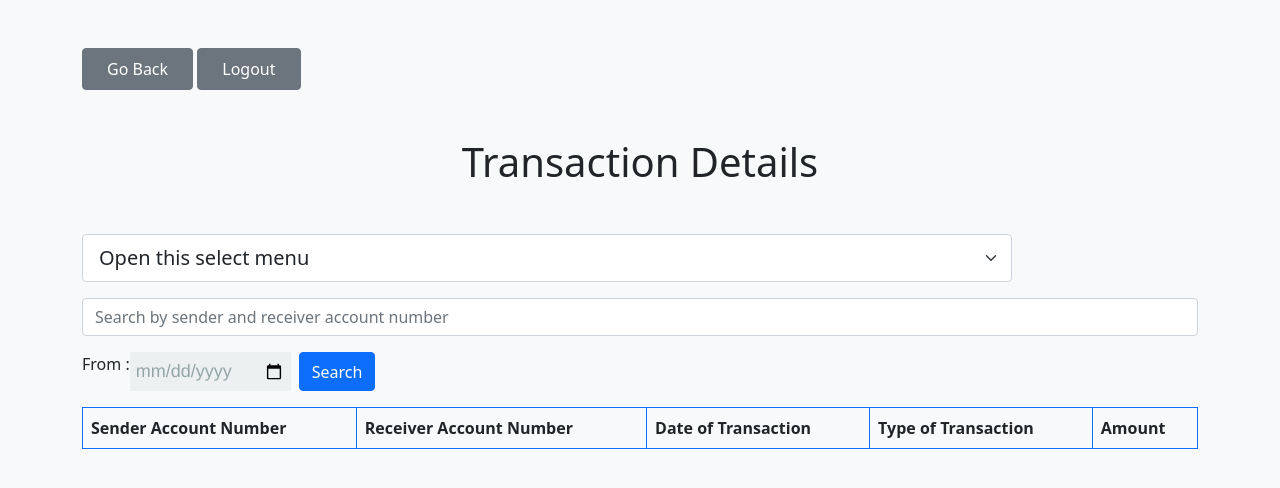
Repository: valletivarish/monojsp
Page: http://localhost/11-bank-application/view-transactions.jsp
These files come from the project's save history. The page is drawn as it stood at one moment and after the next save; the edit follows.
The browser window is 1280 px wide. The pictures show the whole page.
The page is served by Tomcat 9. Other server files are loaded and not shown. The template is opened directly, without the code that normally fills it, so the values that code supplies are empty.

Above is the page before, as saved 2024-07-22 13:19:45.

### 11-bank-application/WebContent/view-transactions.jsp
<%@ page language="java" contentType="text/html; charset=UTF-8"
	pageEncoding="UTF-8"%>
<%@ taglib uri="http://java.sun.com/jsp/jstl/core" prefix="c"%>

<!DOCTYPE html>
<html lang="en">
<head>
<meta charset="UTF-8" />
<meta name="viewport" content="width=device-width, initial-scale=1.0" />
<title>View Transactions</title>
<link
	href="https://cdnjs.cloudflare.com/ajax/libs/font-awesome/6.6.0/css/all.min.css" />
<link
	href="https://cdn.jsdelivr.net/npm/bootstrap@5.0.2/dist/css/bootstrap.min.css"
	rel="stylesheet"
	integrity="sha384-EVSTQN3/azprG1Anm3QDgpJLIm9Nao0Yz1ztcQTwFspd3yD65VohhpuuCOmLASjC"
	crossorigin="anonymous" />
<script
	src="https://cdn.jsdelivr.net/npm/bootstrap@5.0.2/dist/js/bootstrap.bundle.min.js"
	integrity="sha384-MrcW6ZMFYlzcLA8Nl+NtUVF0sA7MsXsP1UyJoMp4YLEuNSfAP+JcXn/tWtIaxVXM"
	crossorigin="anonymous"></script>
<style>
/* Removes the clear button from date inputs */
input[type="date"]::-webkit-clear-button {
	display: none;
}

/* Removes the spin button */
input[type="date"]::-webkit-inner-spin-button {
	display: none;
}

/* Always display the drop down caret */
input[type="date"]::-webkit-calendar-picker-indicator {
	color: #2c3e50;
}

/* A few custom styles for date inputs */
input[type="date"] {
	appearance: none;
	-webkit-appearance: none;
	color: #95a5a6;
	font-family: "Helvetica", arial, sans-serif;
	font-size: 18px;
	border: 1px solid #ecf0f1;
	background: #ecf0f1;
	padding: 5px;
	display: inline-block !important;
	visibility: visible !important;
}

input[type="date"], focus {
	color: #95a5a6;
	box-shadow: none;
	-webkit-box-shadow: none;
	-moz-box-shadow: none;
}
</style>
</head>
<body class="bg-light">
	<div class="container-lg my-5">
		<a class="btn btn-secondary p-2 px-4" href="admin?command=admin">Go
			Back</a> <a class="btn btn-secondary p-2 px-4" aria-current="page"
			href="logout">Logout</a>
		<h1 class="text-center my-5">Transaction Details</h1>
		<form action="admin" method="get">
			<div class="col-sm-10">
				<input type="hidden" name="command" value="viewTransactions" /> <select
					class="form-select form-select-lg mb-3"
					aria-label=".form-select-lg example" name="select">
					<option selected>Open this select menu</option>
					<option value="senderAccountNumber">Sender Account Number</option>
					<option value="receiverAccountNumber">Receiver Account
						Number</option>
				</select>

			</div>
			<div class="d-flex my-3">
				<input type="text" class="form-control" name="searchValue"
					placeholder="Search by sender and receiver account number" />
			</div>
			<div class="d-flex my-3">
				<label class="form-label" for="from">From : </label> <input
					type="date"> <input type="submit"
					class="btn btn-primary mx-2" value="Search" />
			</div>
		</form>

		<table class="table table-hover table-bordered border-primary">
			<thead>
				<tr>
					<th>Sender Account Number</th>
					<th>Receiver Account Number</th>
					<th>Date of Transaction</th>
					<th>Type of Transaction</th>
					<th>Amount</th>
				</tr>
			</thead>
			<tbody>
				<c:forEach var="transaction" items="${TheTransactions}">
					<tr>
						<td>${transaction.sender_account_number}</td>
						<td>${transaction.receiver_account_number}</td>
						<td>${transaction.date_of_transaction}</td>
						<td>${transaction.transaction_type}</td>
						<td>${transaction.transaction_amount}</td>
					</tr>
				</c:forEach>
			</tbody>
		</table>
	</div>
</body>
</html>

After the next save:
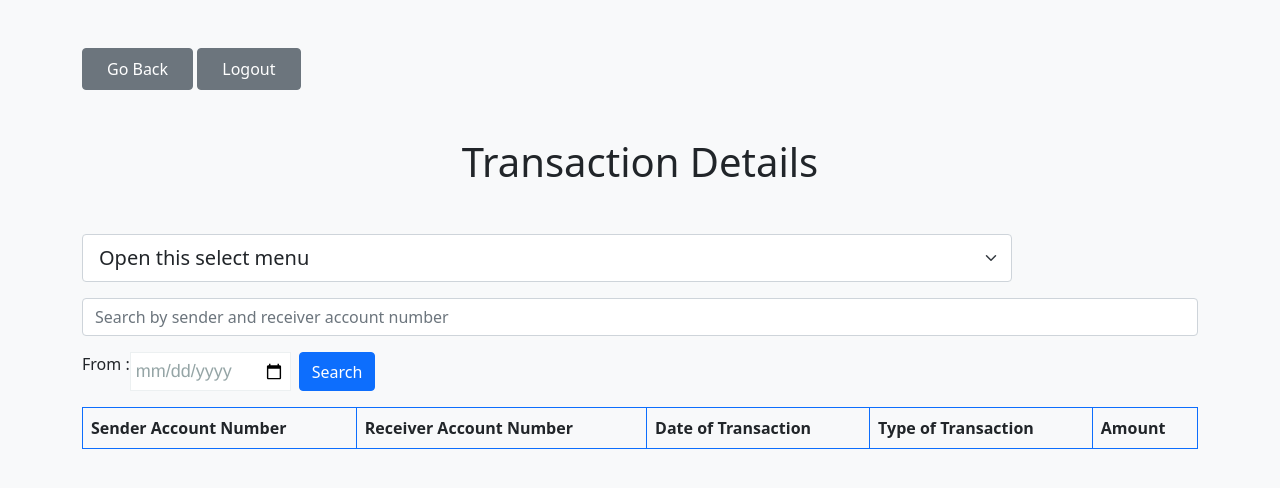
Saved 33 s later.
--- a/11-bank-application/WebContent/view-transactions.jsp
+++ b/11-bank-application/WebContent/view-transactions.jsp
@@ -43,7 +43,7 @@ input[type="date"] {
 	font-family: "Helvetica", arial, sans-serif;
 	font-size: 18px;
 	border: 1px solid #ecf0f1;
-	background: #ecf0f1;
+	background: #ffffff;
 	padding: 5px;
 	display: inline-block !important;
 	visibility: visible !important;
